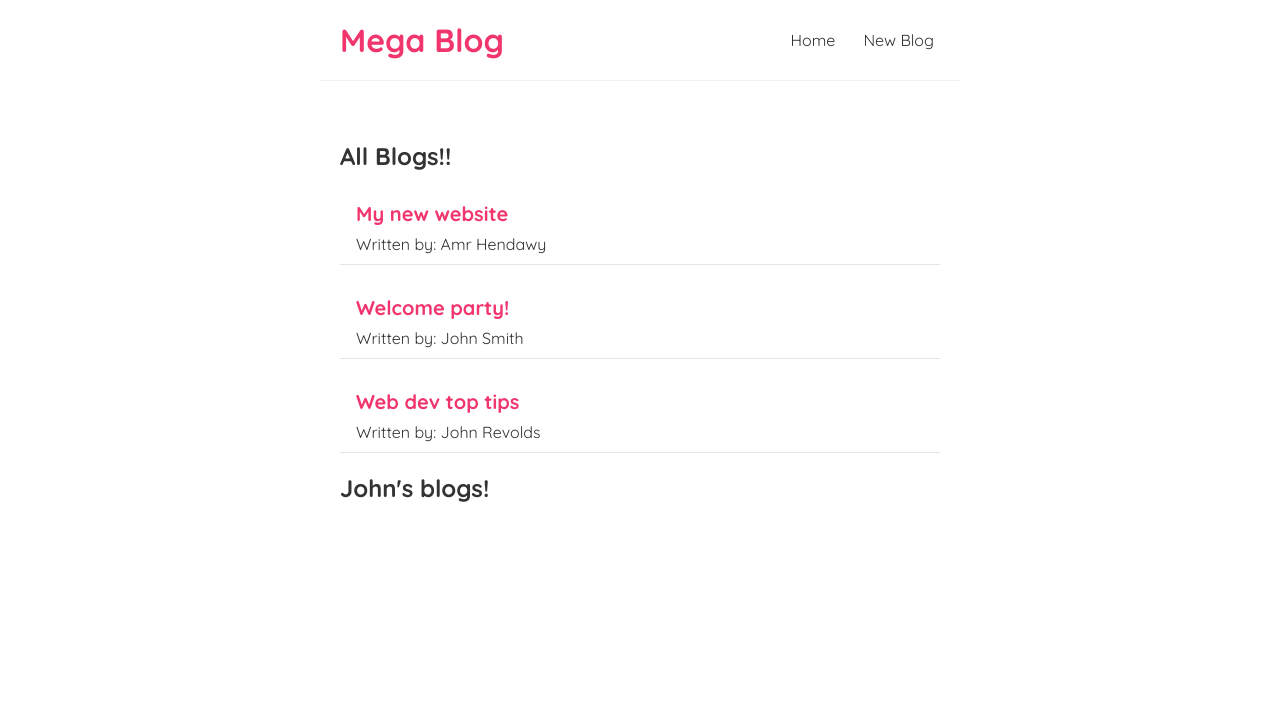
Repository: Amr-Hendawy/blog
Page: /
An editor plug-in stored every save of this project. The page is shown before and after a run of saves, followed by the edit.
The browser window is 1280 px wide. The pictures show the whole page.
The project was rebuilt for these pictures with package versions that can differ from the ones it lists, and the page was loaded fresh each time.

Above is the page before, as saved 2022-10-28 01:17:11.

After the next 4 saves:
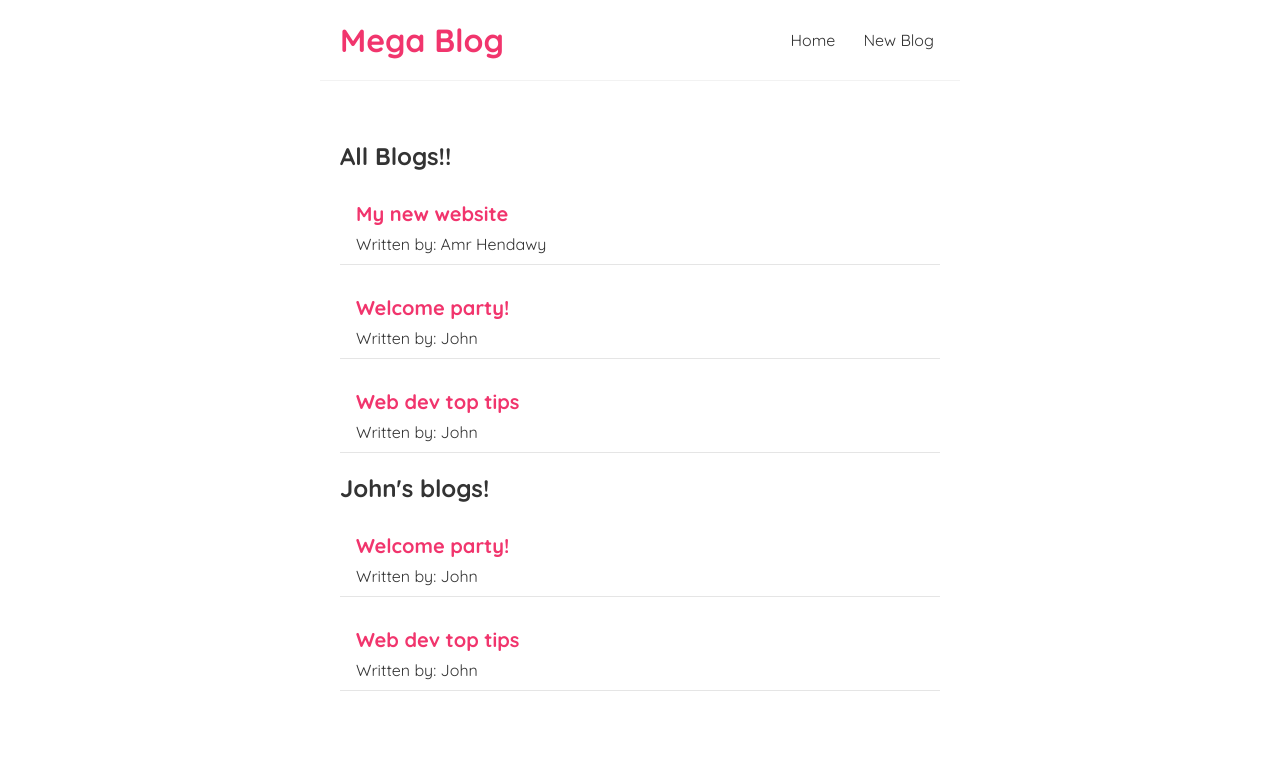
The 4 saves are shown as one change because they came seconds apart.
The last was saved 15 s later.
--- a/src/Components/Home/Home.js
+++ b/src/Components/Home/Home.js
@@ -11,13 +11,13 @@ const Home = () => {
     },
     {
       id: 2,
-      author: "John Smith",
+      author: "John",
       title: "Welcome party!",
       body: "German Guide",
     },
     {
       id: 3,
-      author: "John Revolds",
+      author: "John",
       title: "Web dev top tips",
       body: "Doctor",
     },
